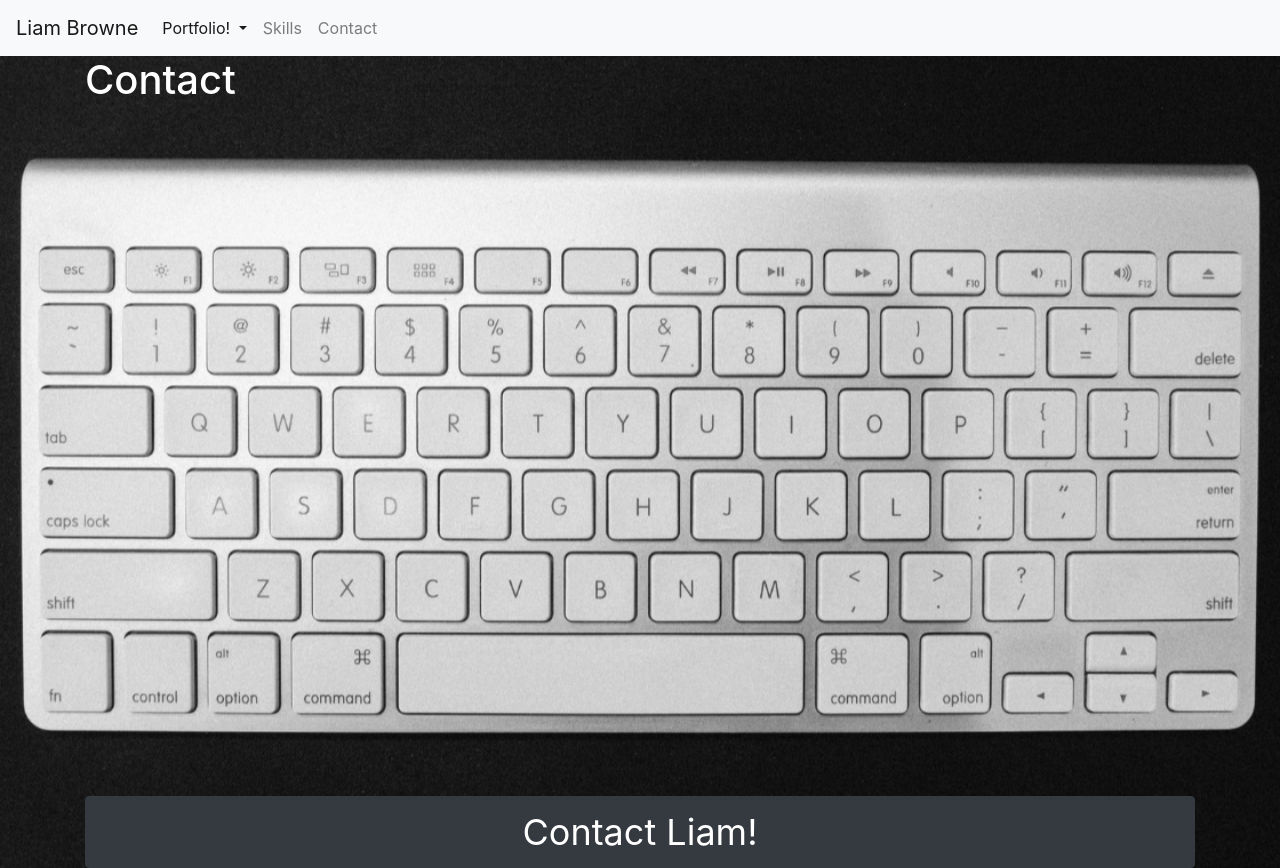
Repository: LiamB123/LiamBrowne.com.github.io
Page: contact.html
The author's editor kept a record of every edit. The page is drawn from the files as they stood at one moment, then again after the next edit.
The browser window is 1280 px wide. The pictures show the whole page.
Backgrounds fixed to the window are drawn as part of the page.

Above is the page before.

### contact.html
<!DOCTYPE html>
<html lang="en">

<head>
    <meta charset="UTF-8">
    <meta name="viewport" content="width=device-width, initial-scale=1.0">


    <meta http-equiv="X-UA-Compatible" content="ie=edge">

    <title>Liam Browne</title>

    <!--Boostrap Links for Css, Js and Jquery --->
    <link rel="stylesheet" href="https://stackpath.bootstrapcdn.com/bootstrap/4.4.1/css/bootstrap.min.css" integrity="sha384-Vkoo8x4CGsO3+Hhxv8T/Q5PaXtkKtu6ug5TOeNV6gBiFeWPGFN9MuhOf23Q9Ifjh" crossorigin="anonymous">

    <script src="https://code.jquery.com/jquery-3.4.1.slim.min.js" integrity="sha384-J6qa4849blE2+poT4WnyKhv5vZF5SrPo0iEjwBvKU7imGFAV0wwj1yYfoRSJoZ+n" crossorigin="anonymous"></script>
    <script src="https://cdn.jsdelivr.net/npm/popper.js@1.16.0/dist/umd/popper.min.js" integrity="sha384-Q6E9RHvbIyZFJoft+2mJbHaEWldlvI9IOYy5n3zV9zzTtmI3UksdQRVvoxMfooAo" crossorigin="anonymous"></script>
    <script src="https://stackpath.bootstrapcdn.com/bootstrap/4.4.1/js/bootstrap.min.js" integrity="sha384-wfSDF2E50Y2D1uUdj0O3uMBJnjuUD4Ih7YwaYd1iqfktj0Uod8GCExl3Og8ifwB6" crossorigin="anonymous"></script>


    <link rel="stylesheet" href="static/css/custom.css" type="text/css" />

</head>




<nav class="navbar navbar-expand-lg navbar-light bg-light">
    <a class="navbar-brand" href="index.html">Liam Browne </a>
    <button class="navbar-toggler" type="button" data-toggle="collapse" data-target="#navbarSupportedContent" aria-controls="navbarSupportedContent" aria-expanded="false" aria-label="Toggle navigation">
    <span class="navbar-toggler-icon"></span>
  </button>

    <div class="collapse navbar-collapse" id="navbarSupportedContent">
      <ul class="navbar-nav mr-auto">
        <li class="nav-item active nav-item dropdown">
          <a class="nav-link dropdown-toggle" href="" id="navbarDropdown" role="button" data-toggle="dropdown" aria-haspopup="true" aria-expanded="false">
          Portfolio!
        </a>
          <div class="dropdown-menu" aria-labelledby="navbarDropdown">
              <a class="dropdown-item"  href="portfolio.html">Take me there!</a>
            <a class="dropdown-item" target="_blank" href="https://liams-the-store.herokuapp.com/">E-Commerce</a>
            <a class="dropdown-item" target ="_blank" href="https://liams-booze.herokuapp.com/">Booze Clues</a>
            <div class="dropdown-divider"></div>
            <a class="dropdown-iitem" href="https://github.com/LiamB123/">

           Check out my GitHub</a>
          </div>
        </li>
        <a class="nav-link" href="Skills.html">Skills<span class="sr-only">(current)</span></a>
        </li>
        <li class="nav-item">
          <a class="nav-link" href="contact.html">Contact</a>
        </li>

      </ul>

    </div>
  </nav>

<div id="contact-img">
    <div class="container">



        <h1 class="white-lettering">
            Contact
        </h1>
        <div class="row row-flex">
            <div class="vertical-align-center">

            </div>
        </div>

        <!-- Button trigger modal -->
        <button type="button" class="btn btn-dark btn-block tall " data-toggle="modal" data-target="#staticBackdrop">
    Contact Liam!
    </button>

        <!-- Modal -->
        <div class="modal fade" id="staticBackdrop" data-backdrop="static" tabindex="-1" role="dialog" aria-labelledby="staticBackdropLabel" aria-hidden="true">
            <div class="modal-dialog" role="document">
                <div class="modal-content">
                    <div class="modal-header">
                        <h5 class="modal-title" id="staticBackdropLabel">Just a few details so I can respond!</h5>
                        <button type="button" class="close" data-dismiss="modal" aria-label="Close">
          <span aria-hidden="true">&times;</span>
        </button>
                    </div>
                    <div class="modal-body">

                        <form>
                            <div class="form-group">
                                <label for="Email">Email address</label>
                                <input type="email" class="form-control" id="Email" placeholder="I will never share this information!">
                            </div>
                            <div class="form-group">
                                <label for="exampleFormControlSelect1">Is there a specific thing you want to talk about?</label>
                                <select class="form-control" id="exampleFormControlSelect1">
      <option>Just Saying Hi!</option>
      <option>Collaboration</option>
      <option>Business Opportunity</option>

    </select>
                            </div>

                            <div class="form-group">
                                <label for="exampleFormControlTextarea1">Message</label>
                                <textarea class="form-control" id="exampleFormControlTextarea1" rows="8"></textarea>
                            </div>
                            <button type="submit" class="btn btn-lg btn-outline-dark">Send!</button>
                        </form>
                    </div>
                    <div class="modal-footer">
                        <button type="button" class="btn btn-dark" data-dismiss="modal">Close</button>
                    </div>
                </div>
            </div>
        </div>
    </div>
</div>

### static/css/custom.css
/*Image Classes*/


#contact-img {
    min-height: 100vh;
    min-width: 100%;
    z-index: -1;
    background-image: url("../img/keyboard.jpg");
    background-repeat: no-repeat;
    background-position: center;
    background-attachment: fixed;
}


#title-img{
    background-attachment: fixed;
    background-image: url("../img/laptop.jpg");
    background-position: bottom;
    background-size: cover;
   min-height: 100vh;
    min-width: 100%;
    margin-bottom: 0px;
    z-index: -1;
}
#liam-img{
    background-attachment: fixed;
    background-repeat: no-repeat;
    background-image: url("../img/nerd.jpg");
    background-position: left;
    min-height:auto;
    min-width: auto;
    margin-bottom: 0px;
}


.portfolio-img {
    min-height: 100vh;
    min-width: 100%;
    z-index: -1;
    background-image: url("../img/portfolio.jpg");
    background-repeat: no-repeat;
    background-position: center;
    background-attachment: fixed;
}


.white-lettering{
    color: white;
}

.portfolio-sizing{
    padding-top: 20%;

}


.vertical-align-center{
    padding-top:40%;
    text-align: center;
    padding-bottom: 20%;
}
.tall{
    height:10vh;
    font-size: 5vh;
}

After the next edit:
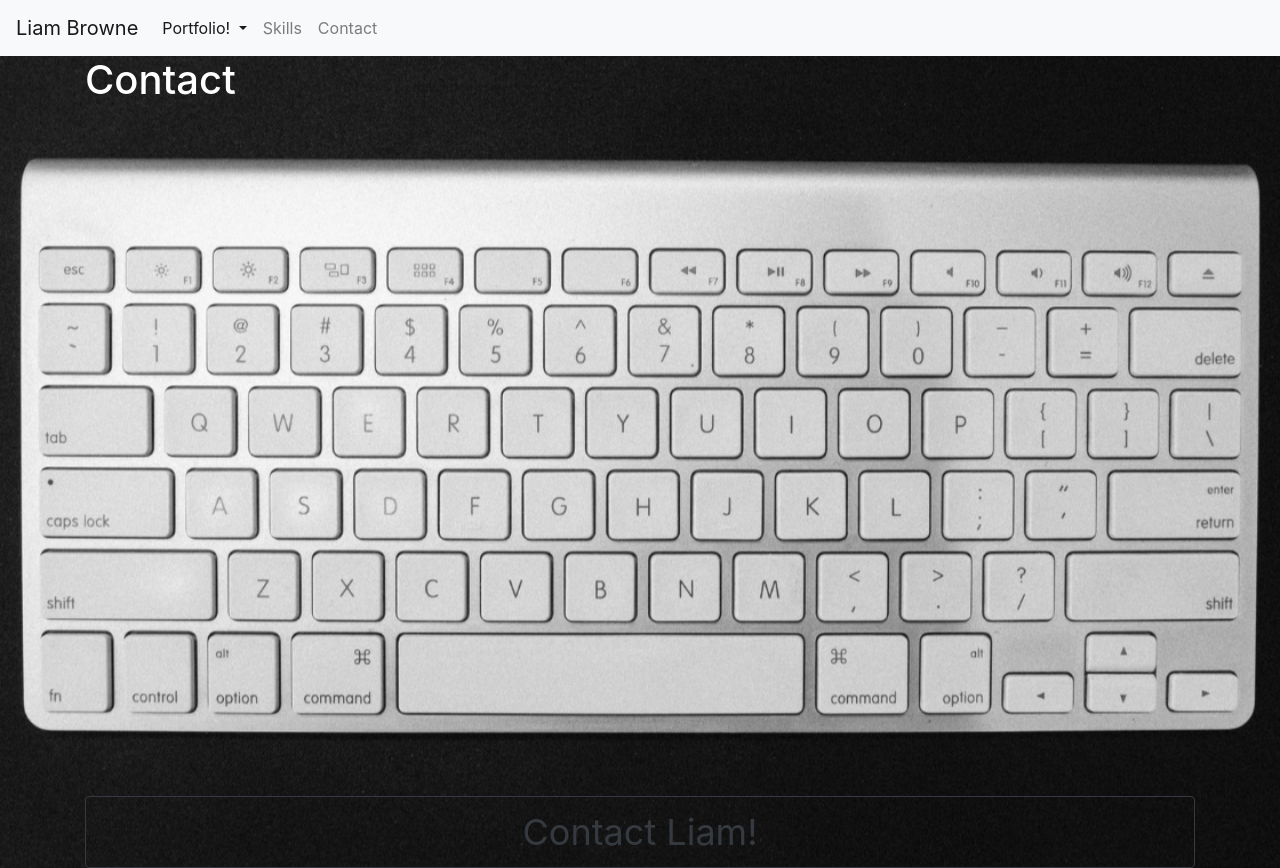
The edit:
--- a/contact.html
+++ b/contact.html
@@ -73,7 +73,7 @@
         </div>
 
         <!-- Button trigger modal -->
-        <button type="button" class="btn btn-dark btn-block tall " data-toggle="modal" data-target="#staticBackdrop">
+        <button type="button" class="btn btn-outline-dark btn-block tall " data-toggle="modal" data-target="#staticBackdrop">
     Contact Liam!
     </button>
 
